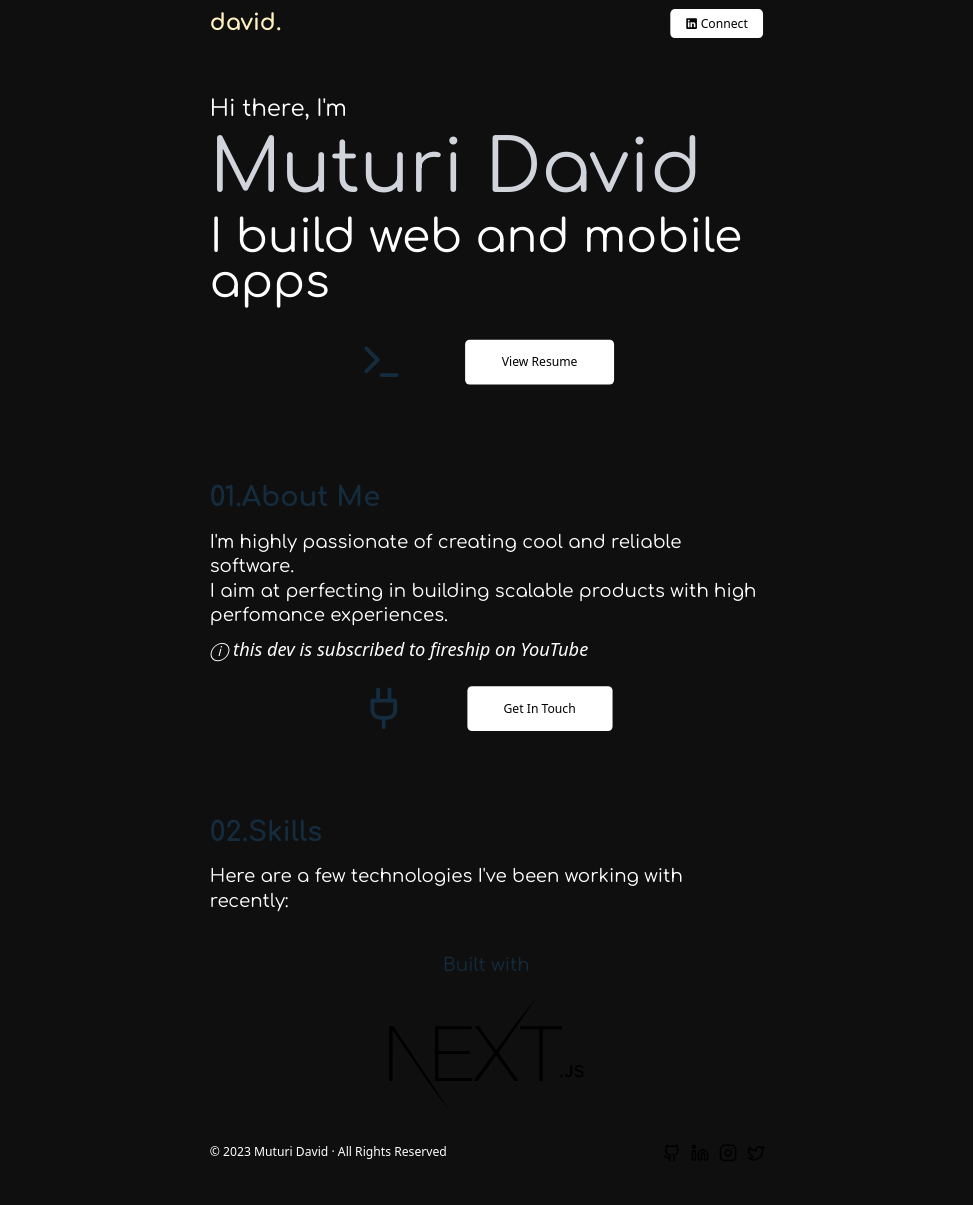
Repository: tushcmd/tushdev-portfolio
Page: /
These files come from the project's save history. The page is drawn as it stood at one moment and after the next save; the edit follows.
The browser window is 1280 px wide. The pictures show the whole page, at 76% of full size.
The project was rebuilt for these pictures with package versions that can differ from the ones it lists, and the page was loaded fresh each time. The framework's server and built-in components were replaced by stand-ins that run in the browser. Also part of the build but not shown: next.config.js.

Above is the page before, as saved 2023-12-15 15:09:45.

After the next save:
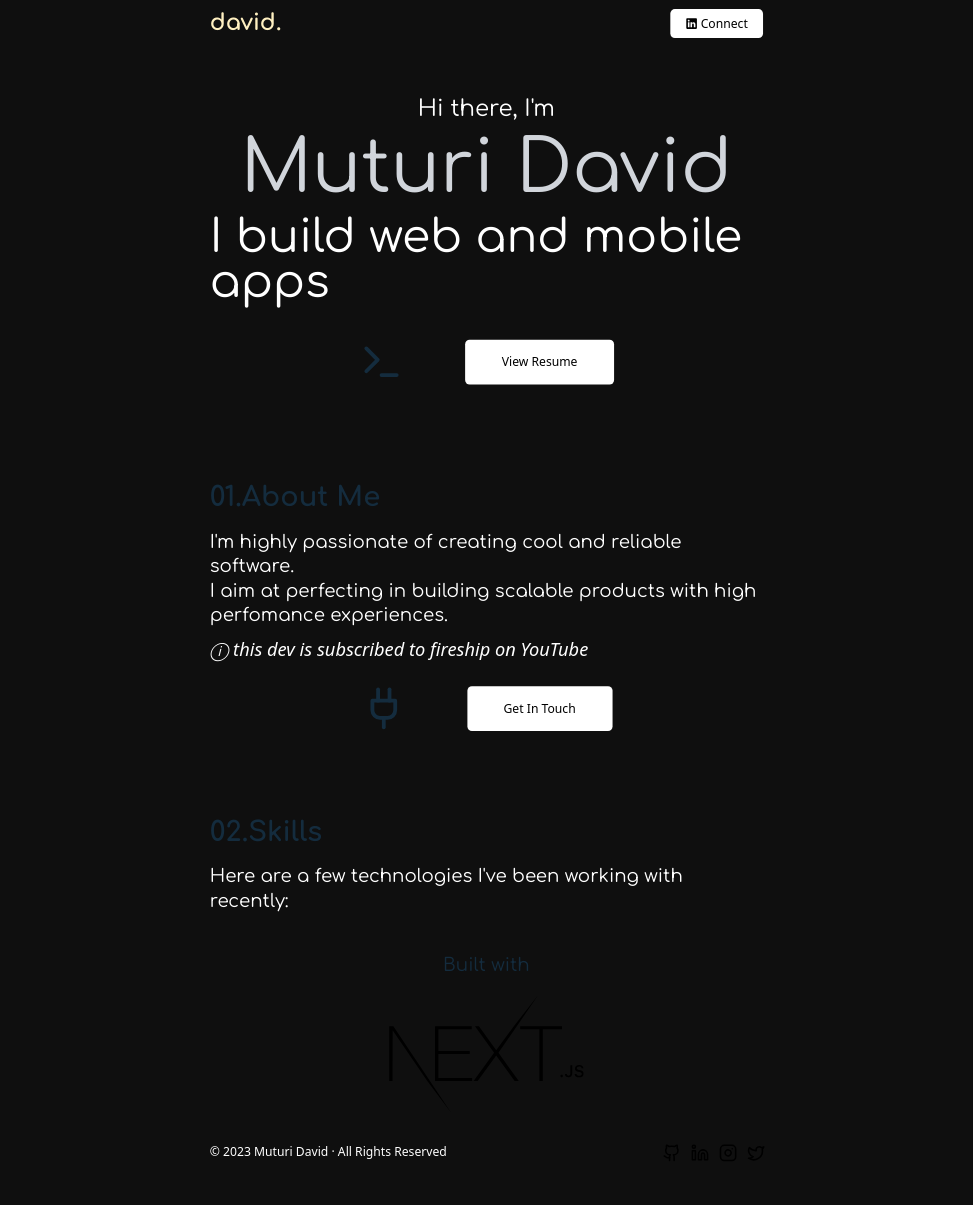
Saved 6 min 14 s later.
--- a/app/ui/hero.tsx
+++ b/app/ui/hero.tsx
@@ -7,7 +7,7 @@ import { Terminal } from 'lucide-react';
 export default async function Hero() {
   return (
     <section className='relative flex flex-col justify-center items-center md:py-16 py-6 overflow-auto'>
-      <div className='flex items-start flex-col md:max-w-3xl pb-6 w-full md:px-5 px-5 justify-between'>
+      <div className='flex items-start md:items-center flex-col md:max-w-3xl pb-6 w-full md:px-5 px-5 justify-between'>
         <p className={`${comfortaa.className} text-3xl text-white pb-3`}>
           Hi there, I&apos;m
         </p>
